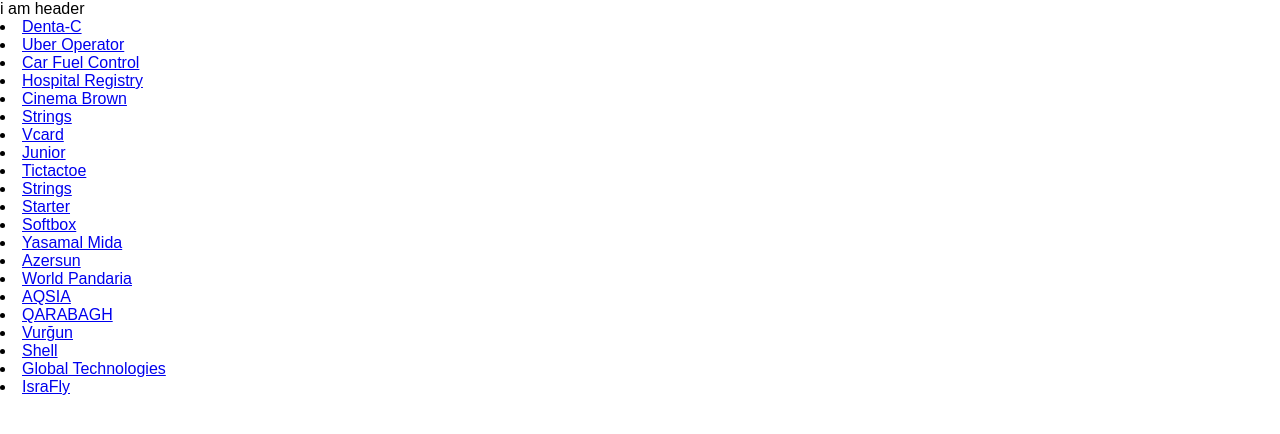
Repository: cavidann/react-blog
Page: / (app in react-blog/)
These files come from the project's save history. The page is drawn as it stood at one moment and after a run of saves; the edit follows.
The browser window is 1280 px wide. The pictures show the whole page.
The project was rebuilt for these pictures with package versions that can differ from the ones it lists, and the page was loaded fresh each time. Also part of the build but not shown: react-blog/src/App.css, react-blog/src/Blog/Blog.js.

Above is the page before, as saved 2018-08-20 11:28:27.

After the next 3 saves:
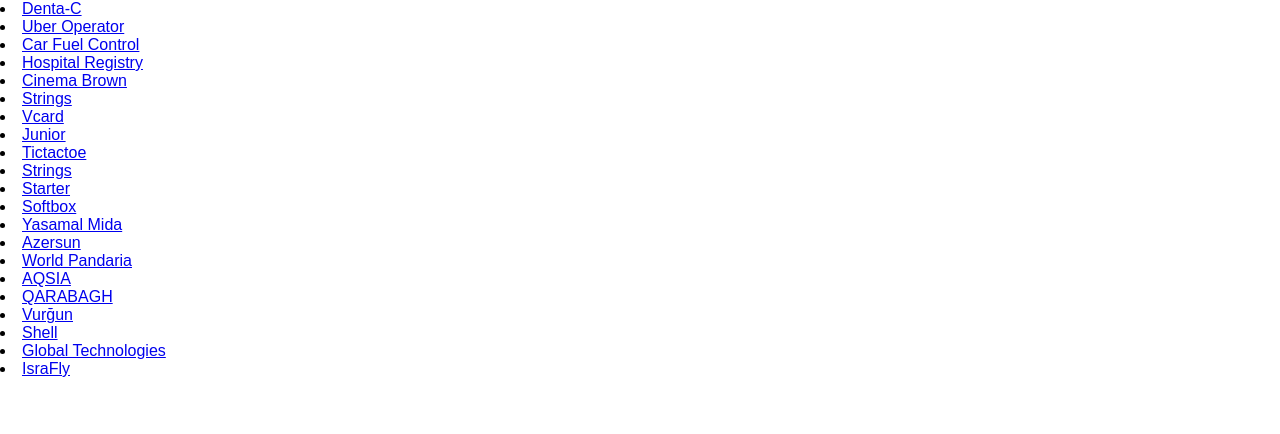
The 3 saves are shown as one change because 2 did not build or start.
The last was saved 20 s later.
--- a/react-blog/src/Header/Index.js
+++ b/react-blog/src/Header/Index.js
@@ -7,7 +7,7 @@
     render() {
         return (
             <div>
-                i am header
+
             </div>
 
         )
